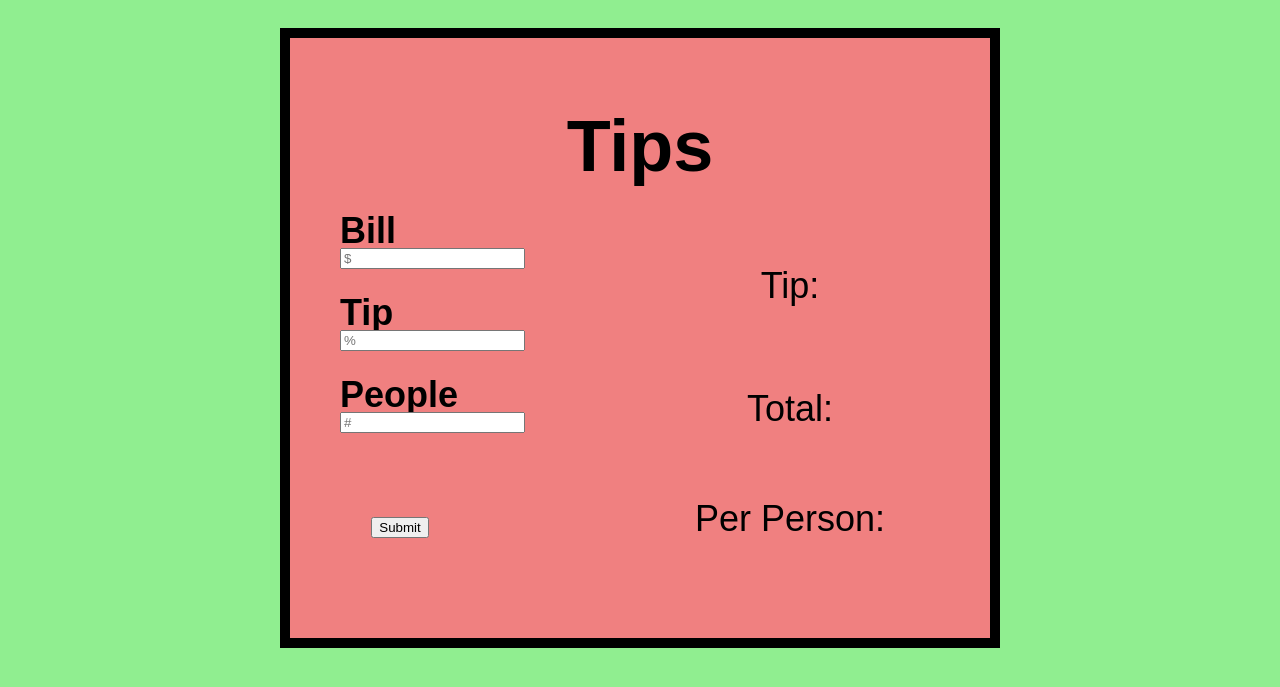
Repository: SamirIngley/Tip-Calculator
Page: tip_display.html
The author's editor kept a copy of each file at every save. The page is drawn from the files as they stood at one save, then again after the next save.
The browser window is 1280 px wide. The pictures show the whole page.

Above is the page before, as saved 2020-02-13 14:42:31.

### tip_display.html
<!DOCTYPE html>
<html lang="en">
<head>
    <meta charset="UTF-8">
    <meta name="viewport" content="width=device-width, initial-scale=1.0">
    <meta http-equiv="X-UA-Compatible" content="ie=edge">
    <link href="style.css" rel="stylesheet">
    <title>Tip Calculator</title>
</head>
<body>

    <form id='form' class='form'>
        <div class='title'>
            <h1>Tips</h1>
        </div>
        <div class='bill'>
            <label>Bill</label><br>
            <input id='bill' type="number" name="bill" placeholder="$">
        </div>
        <div class='tip'>
            <label>Tip</label><br>
            <input id='tip' type="number" name="tip" placeholder="%">
        </div>
        <div class='numppl'>
            <label>People</label><br>
            <input id='numppl' type="number" name="numppl" placeholder="#">
        </div>
        <div class='submit'><br>
            <input type="submit" name="submit" value="Submit">
        </div>


        <div id='total-display' class="total-disp">
            Total:
        </div>

        <div id='tip-display' class="tip-disp">
            Tip:
        </div>

        <div id='total-pp-display' class="pp-disp">
            Per Person:
        </div>

    </form>

</body>



    <script>

        const inputBill = document.getElementById('bill')
        const inputTip = document.getElementById('tip')
        const inputNumppl = document.getElementById('numppl')
        const form = document.getElementById('form')
        const displayTip = document.getElementById('tip-display')
        const displayTotal = document.getElementById('total-display')
        const displayTotalPP = document.getElementById('total-pp-display')


        function calculateTip() {

            const bill = parseInt(inputBill.value)
            const people = inputNumppl.value
            const percent = inputTip.value
            const tip = bill * percent / 100
            const total = bill + tip
            const totalPP = total / people
            console.log(bill)
            console.log(percent)
            console.log(total)
            console.log(tip)
            console.log(people)
            console.log(totalPP)

            displayTotal.innerHTML = `Total: $${total.toFixed(2)}`
            displayTip.innerHTML = `Tip: $${tip.toFixed(2)}`
            displayTotalPP.innerHTML = `Per Person: $${totalPP.toFixed(2)}`
        }



        form.addEventListener("submit", function(e) {
            e.preventDefault()
            calculateTip()
        })

        // inputBill.addEventListnener('change', function(e) {
        //     console.log(inputBill.value)
        //     const newBillAMount = parseFloat(e.target.value)

        // })

    </script>



</body>
</html>

### style.css
body {
    background-color: lightgreen;
    justify-content: center;
    align-items: center;
    /* margin: 100px; */
    /* padding: 100px; */
    display: flex;
}

.form {
    background-color: lightcoral;
    display: grid;
    grid-template-columns: 300px 300px;
    grid-template-rows: repeat(5, 1fr);
    grid-template-areas: "h h"
                         "b d"
                         "t d"
                         "n y"
                         "s p"

}


.form {
    font-family: Arial, Helvetica, sans-serif;
    font-size: 36px;
    font-weight: 2000;
    justify-content: center;
    align-items: center;
    text-align: center;
    height: 500px;
    line-height: 20px;
    margin: 20px;
    padding: 50px;
    border-style: solid;
    border-width: 10px;
    border-color: black;
}

.title {
    grid-area: h;
}

.bill {
    text-align: left;
    grid-area: b;
    font-weight: bold;
}

.tip {
    text-align: left;
    grid-area: t;
    font-weight: bold;
}

.numppl {
    text-align: left;
    grid-area: n;
    font-weight: bold;
}

.submit {
    padding: 40px 180px 50px 0px;
    grid-area: s;
    align-items: center;

}


.tip-disp {
    grid-area: d;
}

.total-disp {
    grid-area: y
}

.pp-disp {
    grid-area: p
}

After the next save:
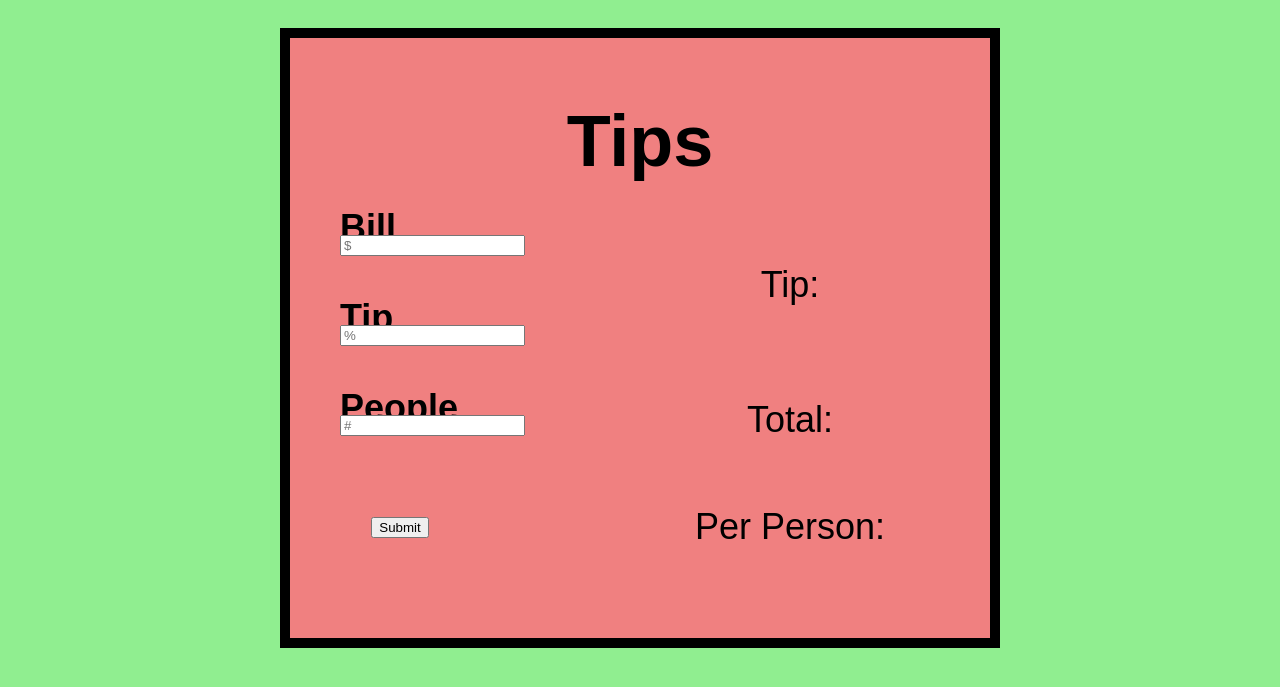
Saved 12 s later.
--- a/style.css
+++ b/style.css
@@ -29,7 +29,7 @@ body {
     align-items: center;
     text-align: center;
     height: 500px;
-    line-height: 20px;
+    line-height: 10px;
     margin: 20px;
     padding: 50px;
     border-style: solid;
